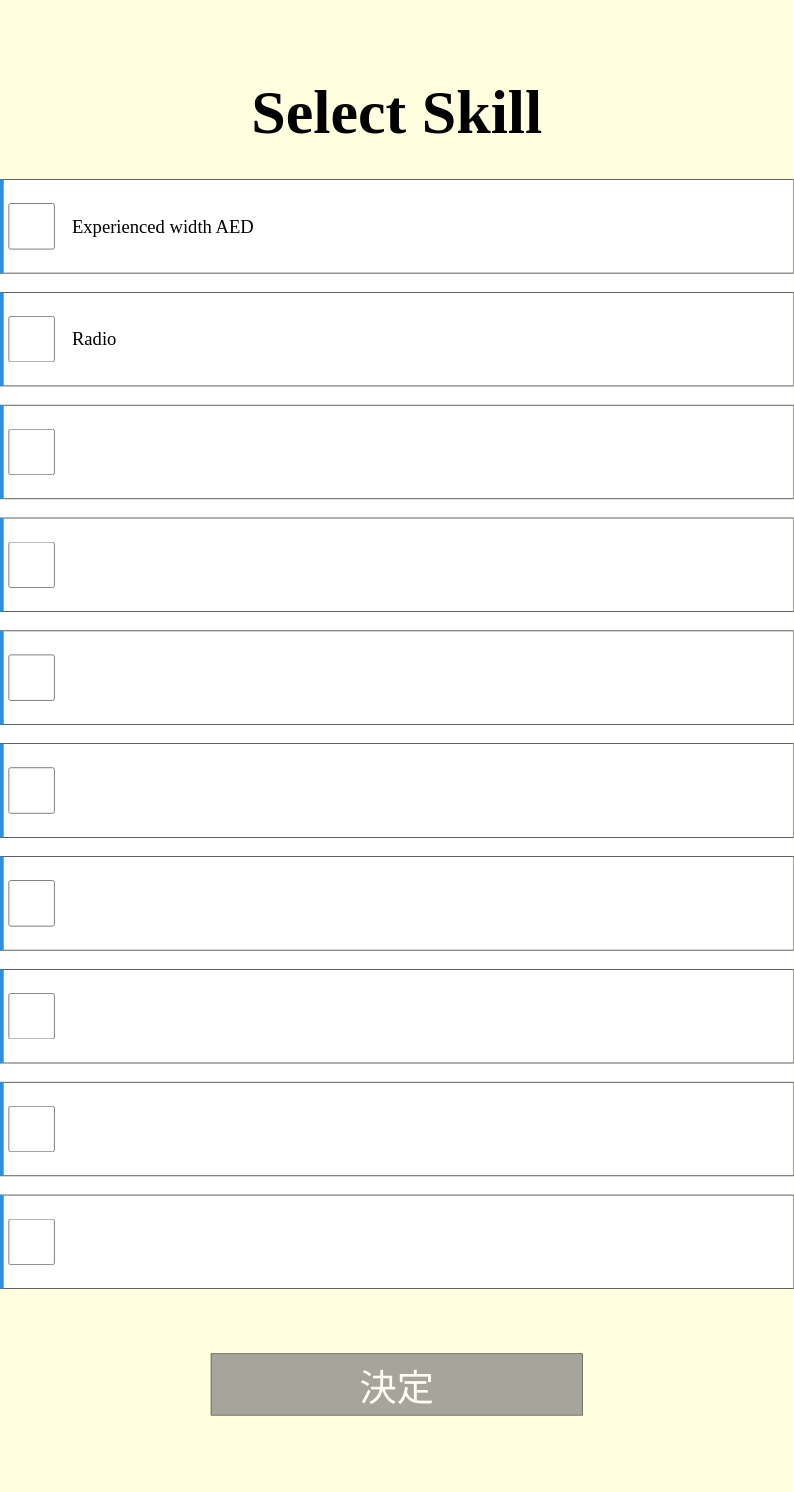
Repository: KittichoteKamalapirat/EMS-management-system
Page: skills.html
The author's editor kept a record of every edit. The page is drawn from the files as they stood at one moment, then again after the next edit.
The browser window is 1280 px wide. The pictures show the whole page, at 62% of full size.
Some web libraries are served in a nearby version.

Above is the page before.

After the next edit:
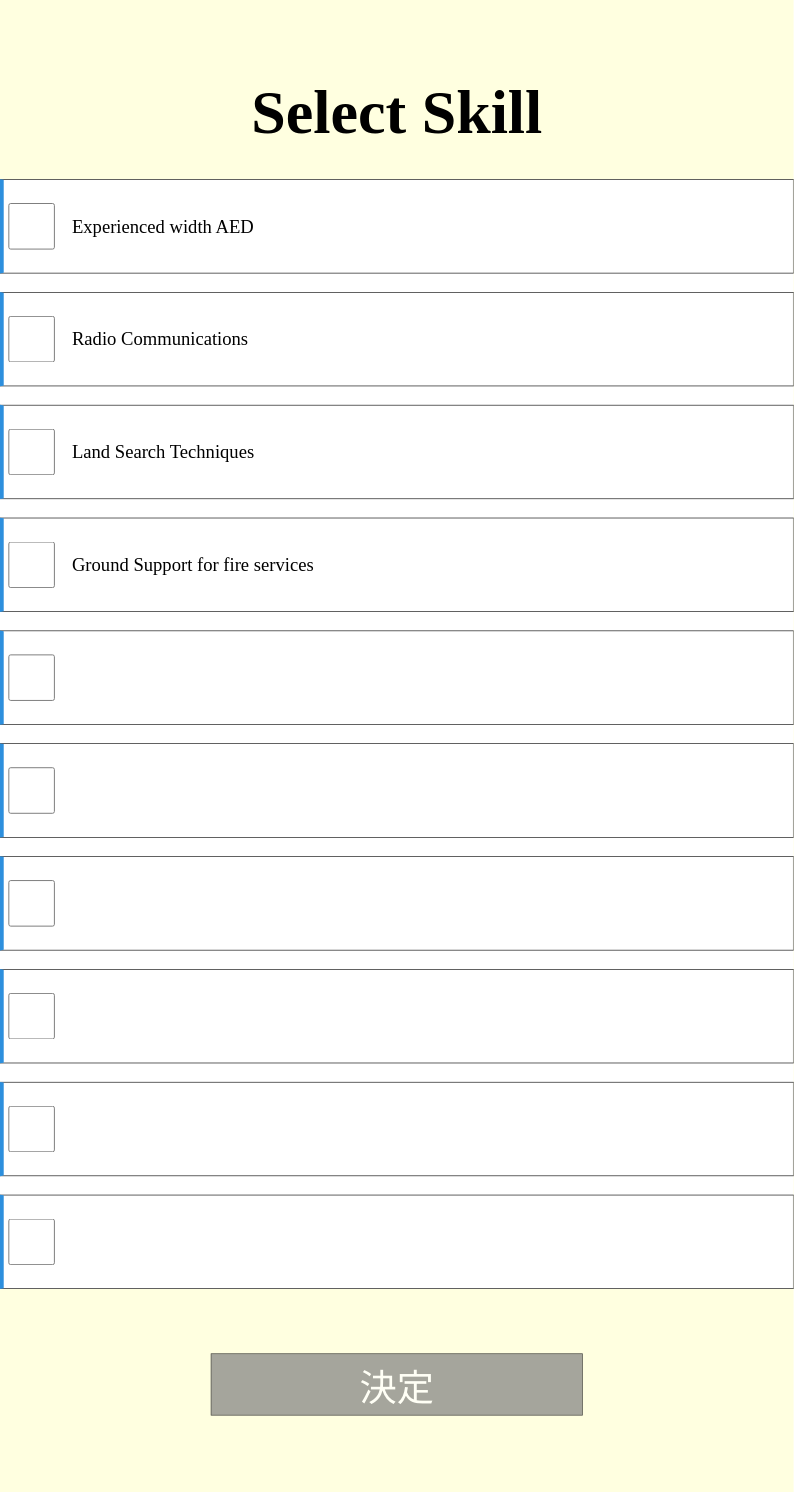
The edit:
--- a/skills.html
+++ b/skills.html
@@ -14,9 +14,9 @@
   <div class="scrollContent">
     <ul>
       <li><input type="checkbox">Experienced width AED</li>
-      <li><input type="checkbox">Radio </li>
-      <li><input type="checkbox"></li>
-      <li><input type="checkbox"></li>
+      <li><input type="checkbox">Radio Communications</li>
+      <li><input type="checkbox">Land Search Techniques</li>
+      <li><input type="checkbox">Ground Support for fire services</li>
       <li><input type="checkbox"></li>
       <li><input type="checkbox"></li>
       <li><input type="checkbox"></li>
